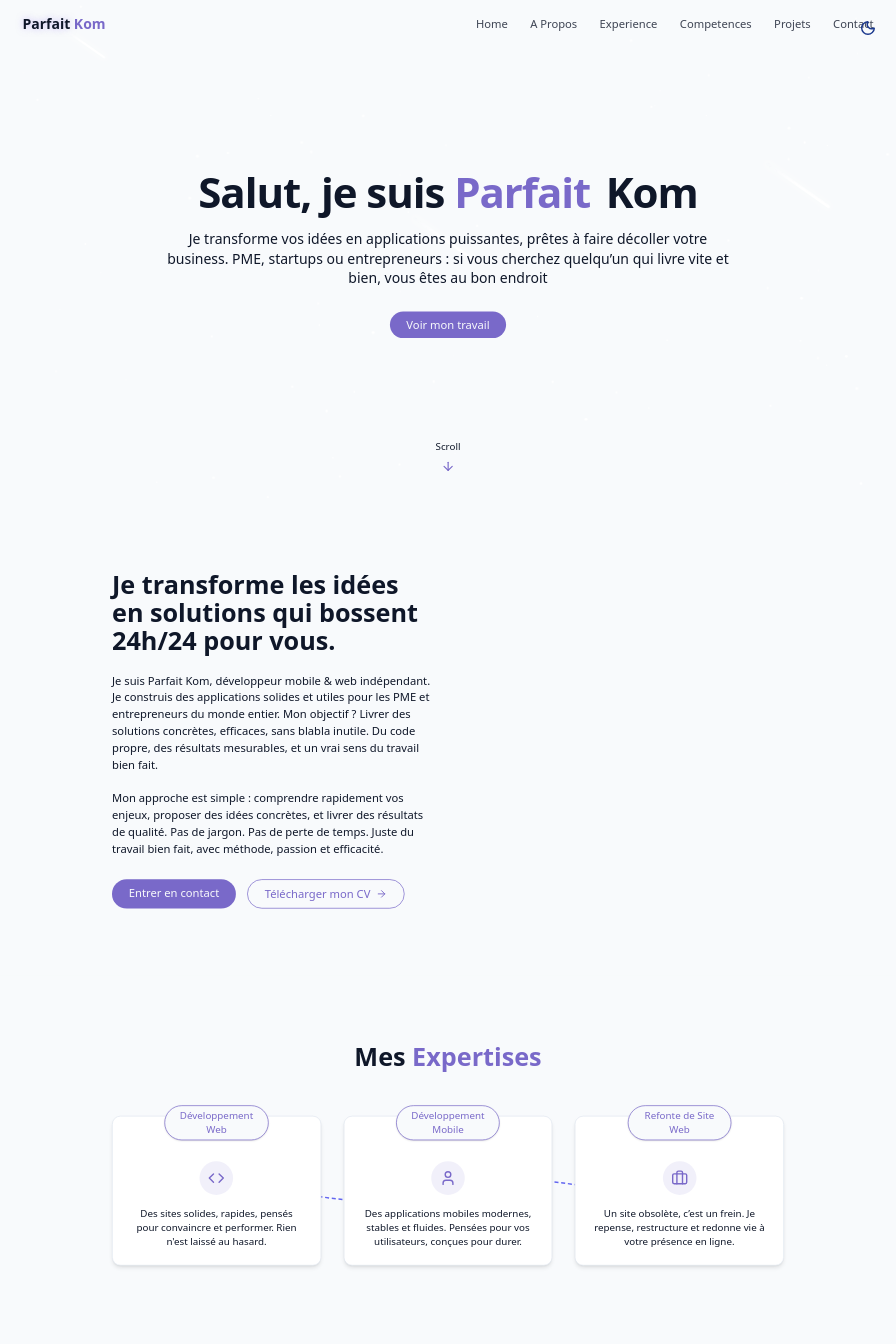
Repository: KOMI18/komi-folio
Page: /
These files come from the project's save history. The page is drawn as it stood at one moment and after the next save; the edit follows.
The browser window is 1280 px wide. The pictures show the part of the page from y = 0 to 1920 px (the page is 5995 px tall), at 70% of full size.
The project was rebuilt for these pictures with package versions that can differ from the ones it lists, and the page was loaded fresh each time. Also part of the build but not shown: vite.config.js, src/pages/NotFound.jsx.

Above is the page before, as saved 2025-06-27 20:09:19.

After the next save:
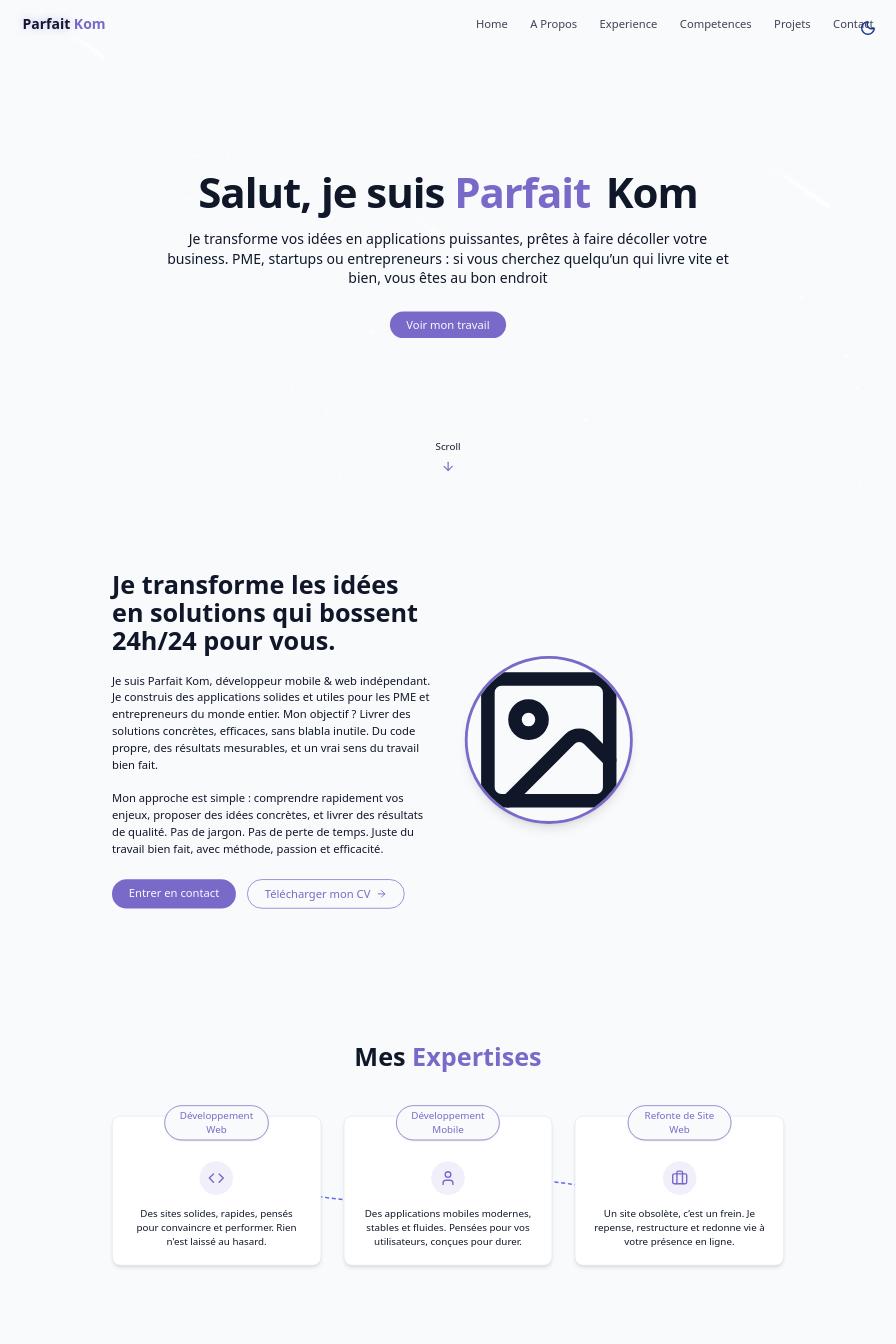
Saved 9 s later.
--- a/src/components/AboutSection.jsx
+++ b/src/components/AboutSection.jsx
@@ -36,6 +36,17 @@ export const AboutSection = () => {
             </a>
           </div>
         </div>
+        <div className="flex justify-center md:justify-start">
+          <div className="w-48 h-48 md:w-60 md:h-60 rounded-full overflow-hidden border-4 border-primary shadow-lg">
+            <Image
+              src="/images/parfait-kom.jpg"
+              alt="Parfait Kom"
+              width={240}
+              height={240}
+              className="w-full h-full object-cover"
+            />
+          </div>
+        </div>
       </div>
     </section>
   );
